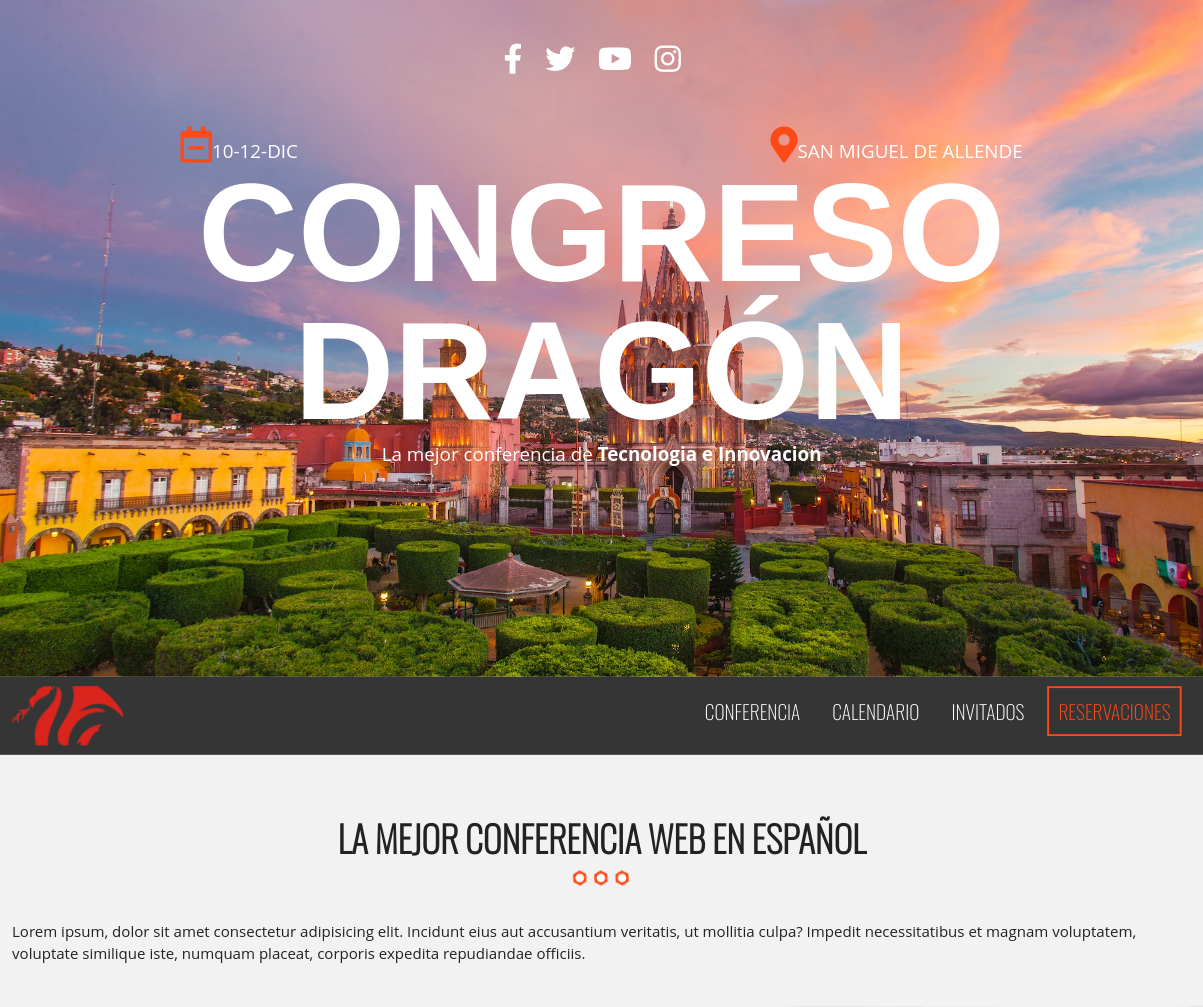
Repository: edgarhdzp/pagina-conferencias-reservaciones
Page: index.html
The author's editor kept a copy of each file at every save. The page is drawn from the files as they stood at one save, then again after the next save.
The browser window is 1280 px wide. The pictures show the part of the page from y = 0 to 1071 px (the page is 4485 px tall before and 5317 px after), at 94% of full size.
Pictures or frames that could not be fetched are drawn as grey boxes.

Above is the page before, as saved 2020-06-29 21:09:04.

After the next save:
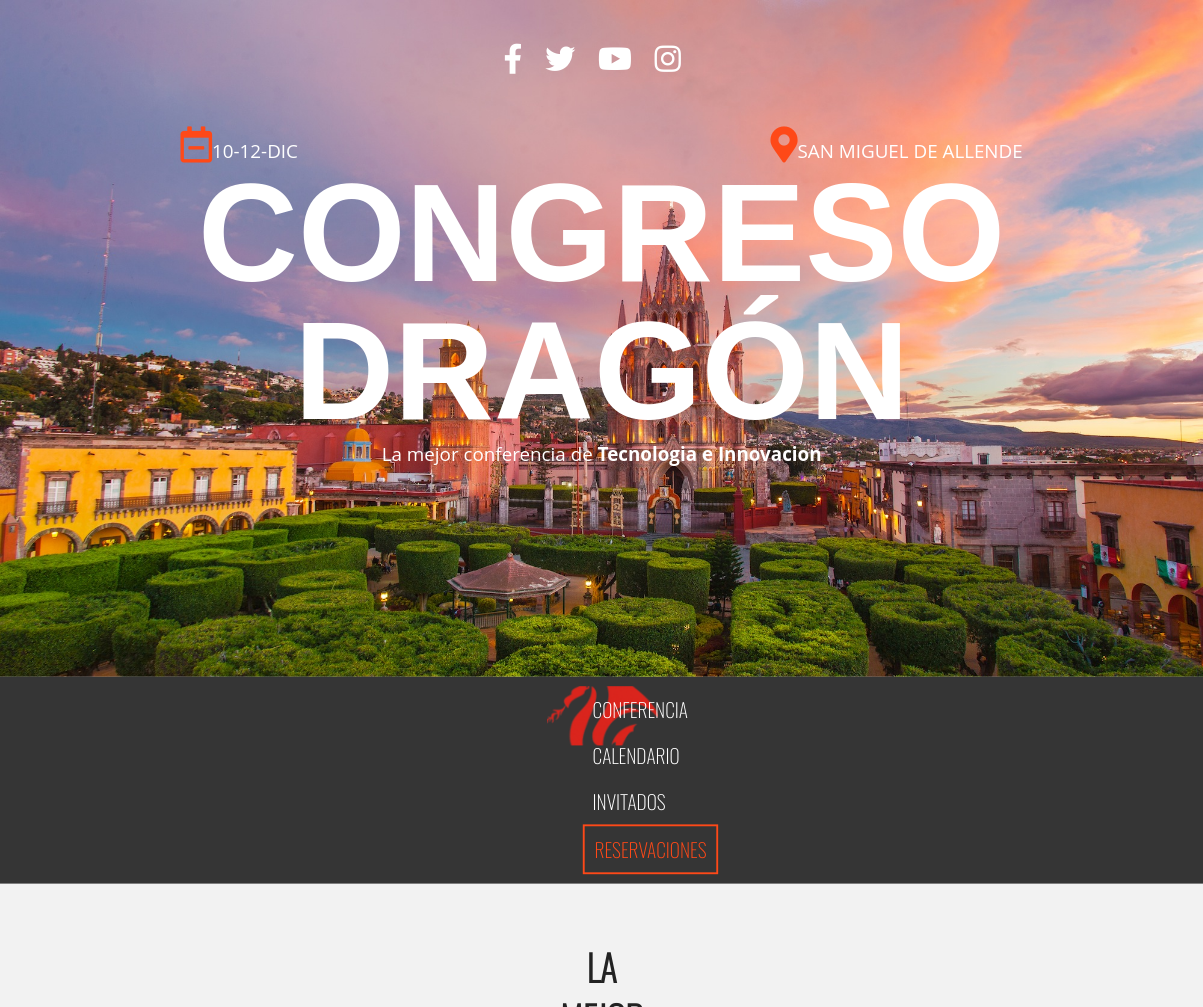
Saved 8 s later.
--- a/css/main.css
+++ b/css/main.css
@@ -96,7 +96,7 @@ body {
 }
 
 .contenedor {
-    width: 98%;
+    width: 9%;
     margin: 0 auto;
 }
 
